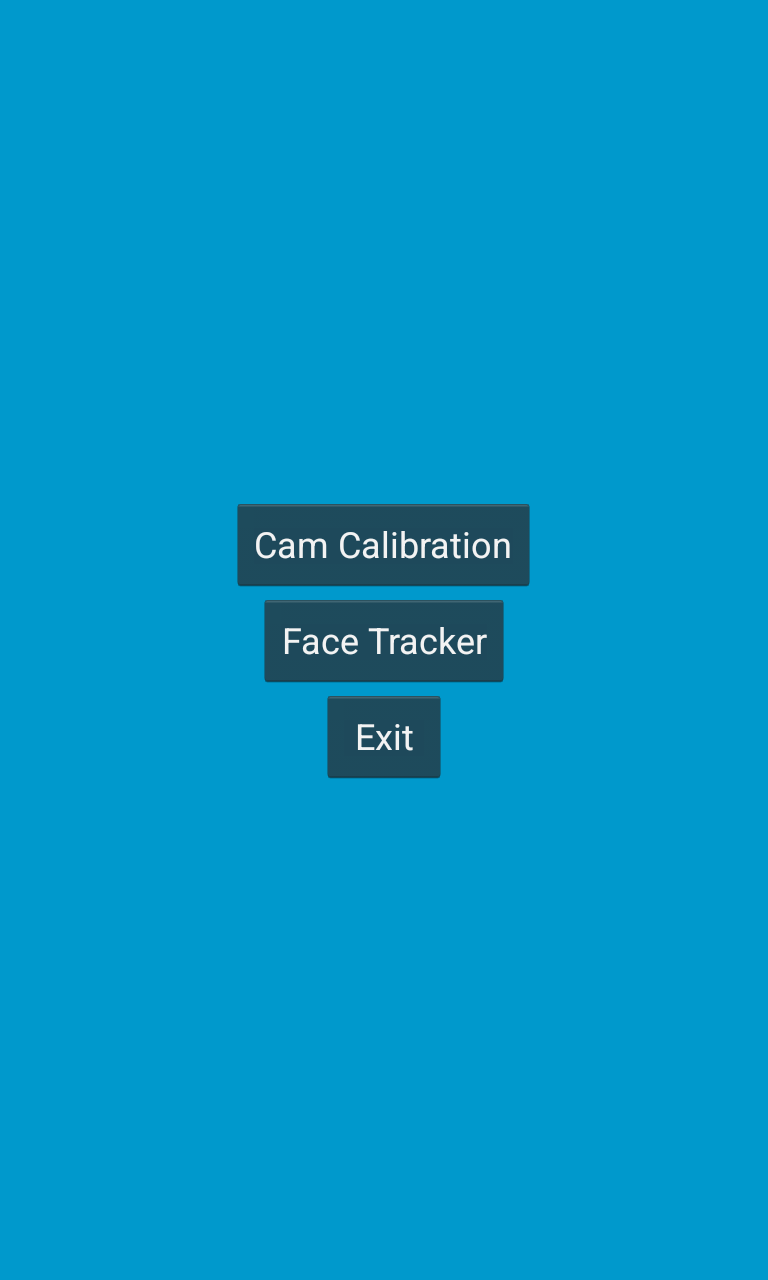
Repository: anuragawasthi89/AndroidImageProcessing
Layout: CVProcessor/res/layout/activity_main_window.xml
The author's editor kept a copy of each file at every save. The layout is drawn from the files as they stood at one save, then again after the next save.
It is drawn on a 768 x 1280 px phone screen (xhdpi) without system bars, with theme FullscreenTheme; the app's code is not run.

Above is the layout before, as saved 2014-02-07 20:40:48.

### CVProcessor/res/layout/activity_main_window.xml
<FrameLayout xmlns:android="http://schemas.android.com/apk/res/android"
    xmlns:tools="http://schemas.android.com/tools"
    android:layout_width="match_parent"
    android:layout_height="match_parent"
    android:background="#0099cc"
    tools:context=".MainWindow" >

    <!--
         The primary full-screen view. This can be replaced with whatever view
         is needed to present your content, e.g. VideoView, SurfaceView,
         TextureView, etc.
    -->

    <LinearLayout
        android:id="@+id/fullscreen_content"
        android:layout_width="match_parent"
        android:layout_height="match_parent"
        android:gravity="center"
        android:keepScreenOn="true"
        android:orientation="vertical">

		<Button
		   android:id="@+id/view_camera_calibration_button"
		   android:layout_width="wrap_content"
		   android:layout_height="wrap_content"
		   android:text="@string/view_camera_calibration_button" />

		<Button
		   android:id="@+id/face_tracking_button"
		   android:layout_width="wrap_content"
		   android:layout_height="wrap_content"
		   android:text="@string/face_tracking_button" />

		<Button
		   android:id="@+id/exit_button"
		   android:layout_width="wrap_content"
		   android:layout_height="wrap_content"
		   android:text="@string/exit_button" />

        </LinearLayout>

</FrameLayout>

### CVProcessor/res/values/strings.xml
<?xml version="1.0" encoding="utf-8"?>
<resources>

    <string name="app_name">CV Processor</string>
    <string name="exit_button">Exit</string>
    <string name="dummy_content">DUMMY\nCONTENT</string>
    <string name="view_camera_calibration_button">Cam Calibration</string>
    <string name="face_tracking_button">Face Tracker</string>

    <string name="main_menu_button">Main Menu</string>

</resources>

Loaded but not shown: CVProcessor/res/values-v11/styles.xml (common file); CVProcessor/res/values/styles.xml (common file); CVProcessor/res/values/colors.xml (common file)

After the next save:
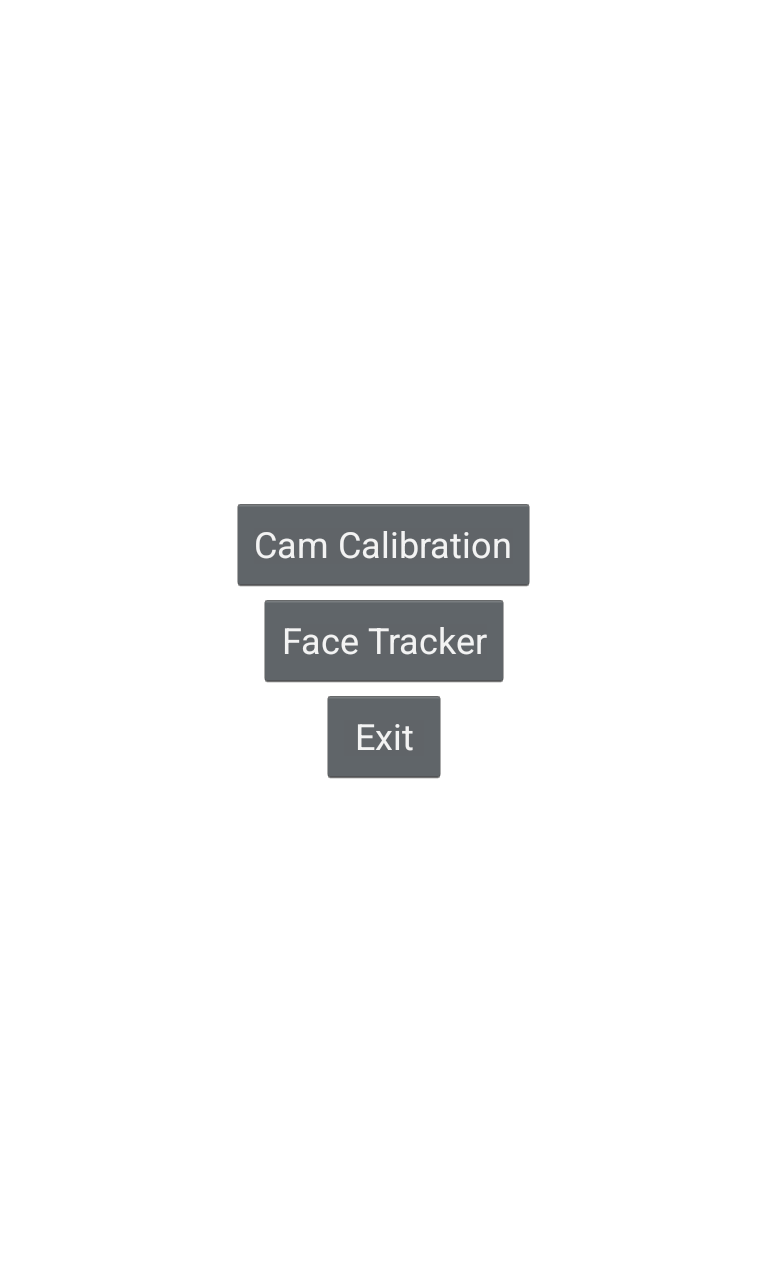
Saved 2 min 18 s later.
--- a/CVProcessor/res/layout/activity_main_window.xml
+++ b/CVProcessor/res/layout/activity_main_window.xml
@@ -1,9 +1,4 @@
-<FrameLayout xmlns:android="http://schemas.android.com/apk/res/android"
-    xmlns:tools="http://schemas.android.com/tools"
-    android:layout_width="match_parent"
-    android:layout_height="match_parent"
-    android:background="#0099cc"
-    tools:context=".MainWindow" >
+
 
     <!--
          The primary full-screen view. This can be replaced with whatever view
@@ -12,6 +7,8 @@
     -->
 
     <LinearLayout
+        xmlns:android="http://schemas.android.com/apk/res/android"
+    	xmlns:tools="http://schemas.android.com/tools"
         android:id="@+id/fullscreen_content"
         android:layout_width="match_parent"
         android:layout_height="match_parent"
@@ -38,5 +35,3 @@
 		   android:text="@string/exit_button" />
 
         </LinearLayout>
-
-</FrameLayout>

After the 2 saves that followed:
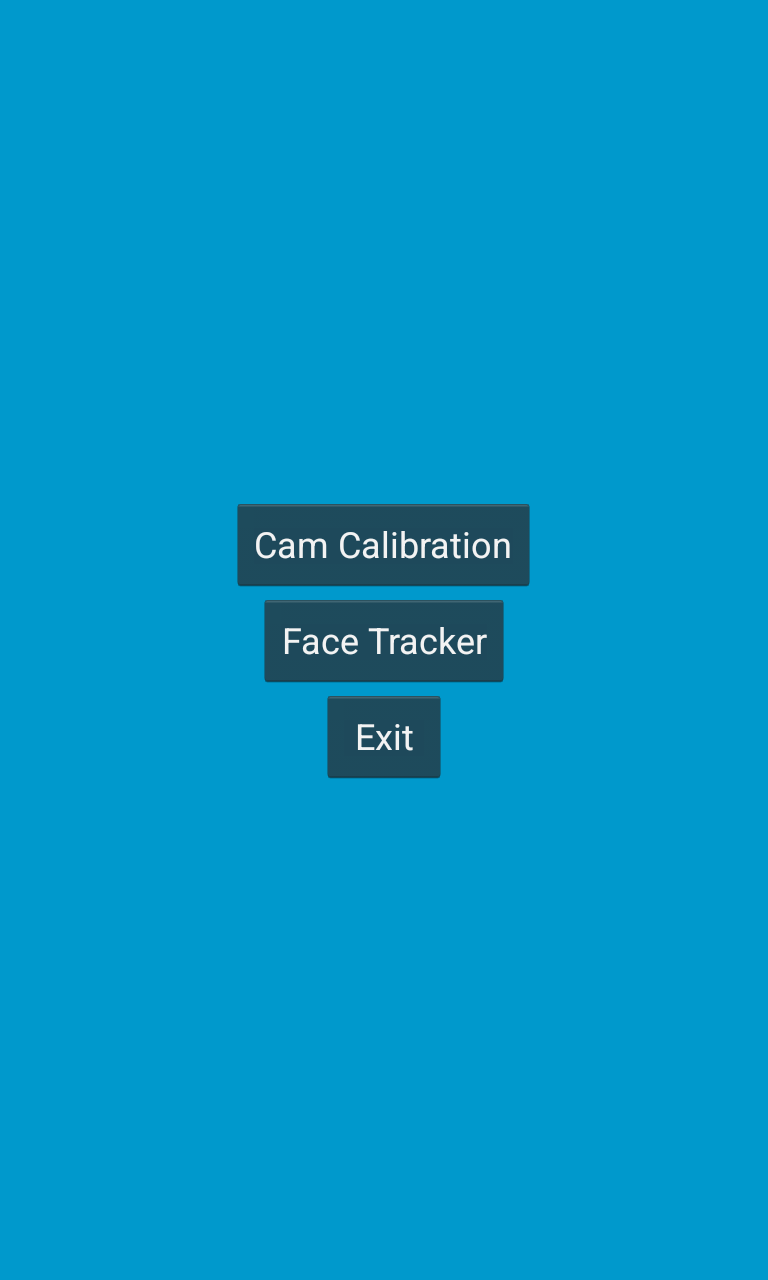
The 2 saves are shown as one change because 1 left the picture as it was.
The last was saved 108 s later.
--- a/CVProcessor/res/layout/activity_main_window.xml
+++ b/CVProcessor/res/layout/activity_main_window.xml
@@ -1,37 +1,30 @@
+<LinearLayout
+       xmlns:android="http://schemas.android.com/apk/res/android"
+   	   xmlns:tools="http://schemas.android.com/tools"
+       android:id="@+id/fullscreen_content"
+       android:layout_width="match_parent"
+       android:layout_height="match_parent"
+       android:gravity="center"
+       android:keepScreenOn="true"
+       android:orientation="vertical"
+       android:background="#0099cc">
 
+	<Button
+	   android:id="@+id/view_camera_calibration_button"
+	   android:layout_width="wrap_content"
+	   android:layout_height="wrap_content"
+	   android:text="@string/view_camera_calibration_button" />
 
-    <!--
-         The primary full-screen view. This can be replaced with whatever view
-         is needed to present your content, e.g. VideoView, SurfaceView,
-         TextureView, etc.
-    -->
+	<Button
+	   android:id="@+id/face_tracking_button"
+	   android:layout_width="wrap_content"
+	   android:layout_height="wrap_content"
+	   android:text="@string/face_tracking_button" />
 
-    <LinearLayout
-        xmlns:android="http://schemas.android.com/apk/res/android"
-    	xmlns:tools="http://schemas.android.com/tools"
-        android:id="@+id/fullscreen_content"
-        android:layout_width="match_parent"
-        android:layout_height="match_parent"
-        android:gravity="center"
-        android:keepScreenOn="true"
-        android:orientation="vertical">
+	<Button
+	   android:id="@+id/exit_button"
+	   android:layout_width="wrap_content"
+	   android:layout_height="wrap_content"
+	   android:text="@string/exit_button" />
 
-		<Button
-		   android:id="@+id/view_camera_calibration_button"
-		   android:layout_width="wrap_content"
-		   android:layout_height="wrap_content"
-		   android:text="@string/view_camera_calibration_button" />
-
-		<Button
-		   android:id="@+id/face_tracking_button"
-		   android:layout_width="wrap_content"
-		   android:layout_height="wrap_content"
-		   android:text="@string/face_tracking_button" />
-
-		<Button
-		   android:id="@+id/exit_button"
-		   android:layout_width="wrap_content"
-		   android:layout_height="wrap_content"
-		   android:text="@string/exit_button" />
-
-        </LinearLayout>
+</LinearLayout>
